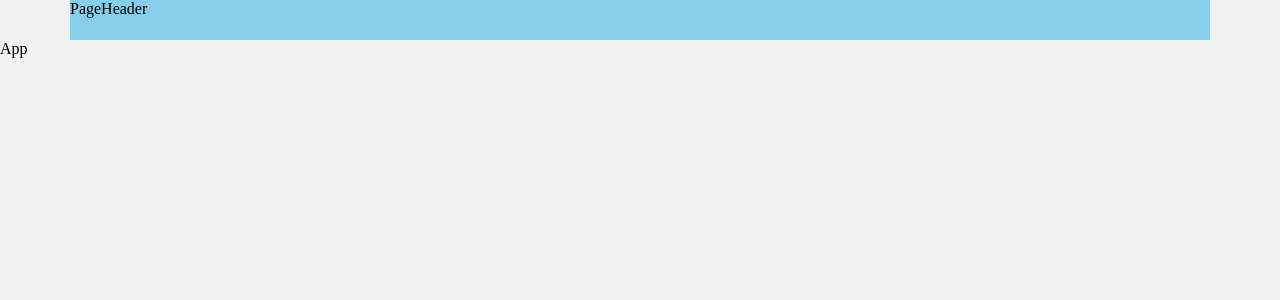
Repository: changesxxx/searchBooks
Page: /
The author's editor kept a copy of each file at every save. The page is drawn from the files as they stood at one save, then again after the next save.
The browser window is 1280 px wide. The pictures show the whole page.
The project was rebuilt for these pictures with package versions that can differ from the ones it lists, and the page was loaded fresh each time. Also part of the build but not shown: craco.config.js.

Above is the page before, as saved 2024-06-24 11:40:09.

### src/index.js
import React from 'react'

import ReactDOM from 'react-dom/client'

//css重置
import 'normalize.css'
import '@/assets/css/index.css'

import App from './App.jsx'

const root = ReactDOM.createRoot(document.getElementById('root'))

root.render(<App />)

### src/assets/css/index.css
@import './reset.css';
@import './common.css';

### src/App.jsx
import React, { memo } from 'react'
import PageHeader from './components/pageHeader/PageHeader'

const App = memo(() => {
  return (
    <div>
      <PageHeader></PageHeader>
      App
    </div>
  )
})

export default App

### src/assets/css/reset.css
/* 样式的重置 */
body,
html,
h1,
h2,
h3,
h4,
h5,
h6,
ul,
ol,
li,
dl,
dt,
dd,
header,
menu,
section,
p,
input,
td,
th,
ins {
  padding: 0;
  margin: 0;
}

ul,
ol,
li {
  list-style: none;
}

a {
  text-decoration: none;
  color: #666;
}

a:hover {
  color: #666;
  text-decoration: underline;
}

i,
em {
  font-style: normal;
}

input,
textarea,
button,
select,
a {
  outline: none;
  border: none;
}

table {
  border-collapse: collapse;
  border-spacing: 0;
}

img {
  border: none;
  vertical-align: middle;
}

### src/assets/css/common.css
body {
  background-color: #eff2f1;
}

.content_mid {
  width: 1140px;
  margin: 0 auto;
}

### src/components/pageHeader/PageHeader.jsx
import React, { memo } from 'react'

import HeaderWrapper from './style'

const PageHeader = memo(() => {
  return <HeaderWrapper className="content_mid"> PageHeader</HeaderWrapper>
})

export default PageHeader

### src/components/pageHeader/style.js
import { styled } from 'styled-components'

const HeaderWrapper = styled.div`
  background-color: skyblue;
  height: 40px;
`
export default HeaderWrapper

Loaded but not shown: public/index.html (common file)

After the next save:
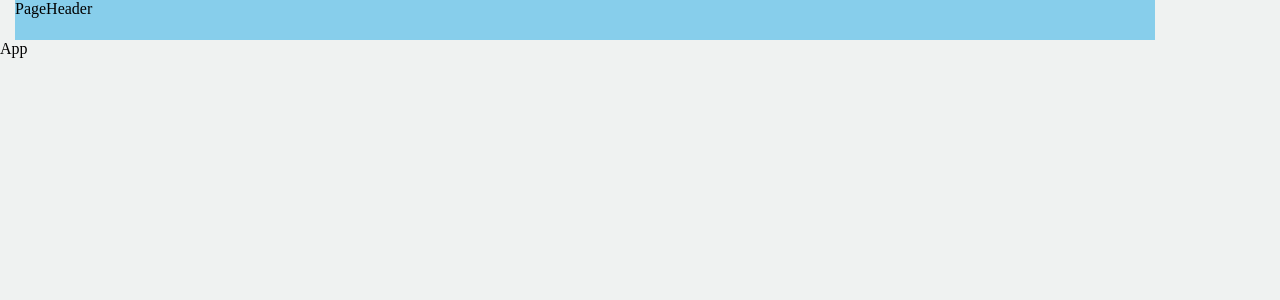
Saved 15 s later.
--- a/src/components/pageHeader/style.js
+++ b/src/components/pageHeader/style.js
@@ -3,5 +3,6 @@
 const HeaderWrapper = styled.div`
   background-color: skyblue;
   height: 40px;
+  margin: 0 15px;
 `
 export default HeaderWrapper

After the save that followed:
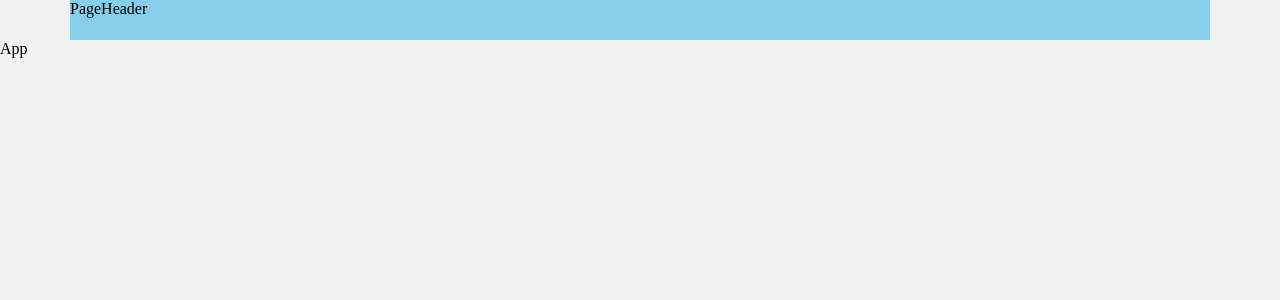
Saved 9 s later.
--- a/src/components/pageHeader/style.js
+++ b/src/components/pageHeader/style.js
@@ -3,6 +3,6 @@
 const HeaderWrapper = styled.div`
   background-color: skyblue;
   height: 40px;
-  margin: 0 15px;
+  /* margin: 0 15px; */
 `
 export default HeaderWrapper
